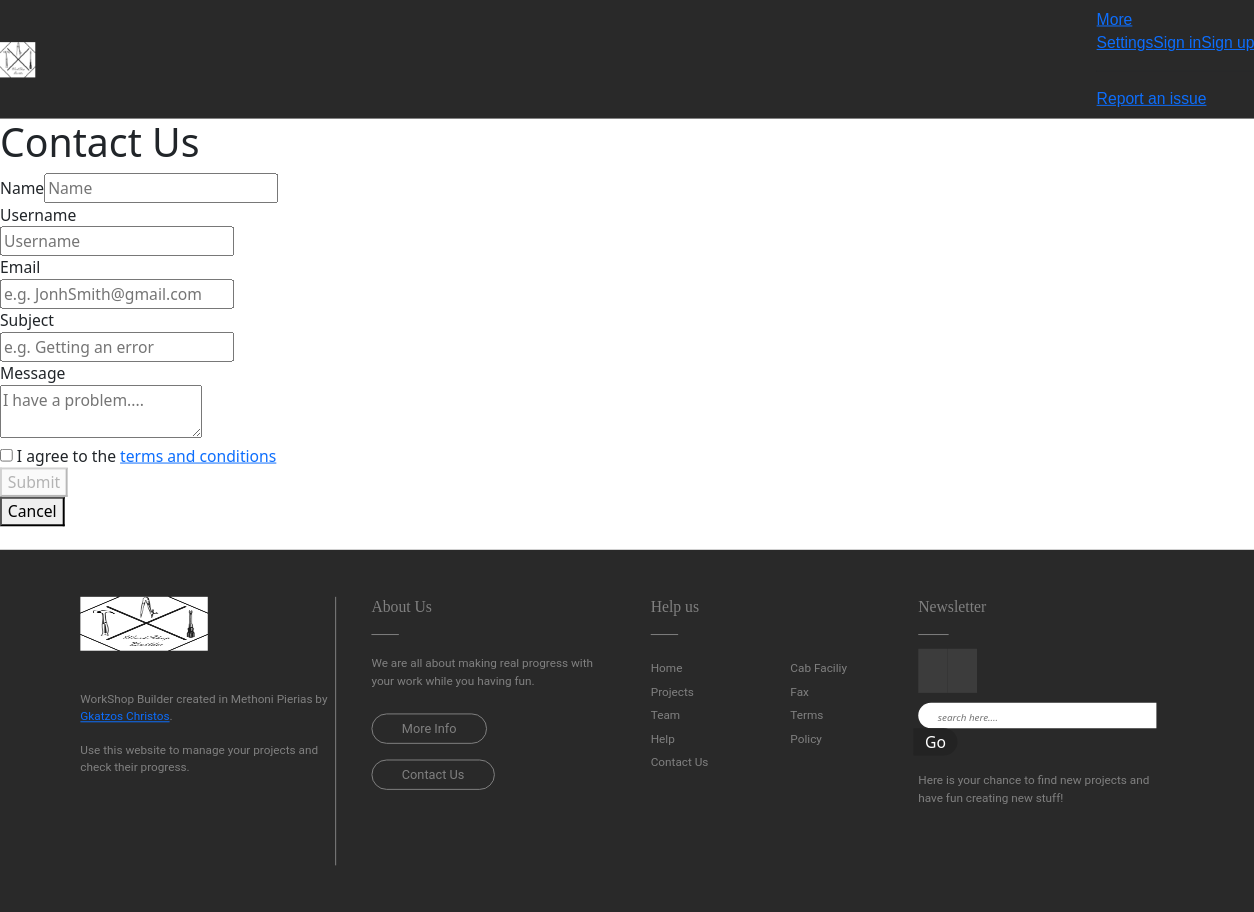
Repository: GkatzosChristos/workshop-builder-ui
Page: /contactUs (app in workshop-builder-ui/)
An editor plug-in stored every save of this project. The page is shown before and after the next save, followed by the edit.
The browser window is 1280 px wide. The pictures show the whole page, at 98% of full size.
The project was rebuilt for these pictures with package versions that can differ from the ones it lists, and the page was loaded fresh each time. Also part of the build but not shown: workshop-builder-ui/angular.json, workshop-builder-ui/src/app/about-us/about-us.component.ts, workshop-builder-ui/src/app/home/home.component.ts, workshop-builder-ui/src/app/project/project.component.ts.

Above is the page before, as saved 2021-08-27 16:42:15.

After the next save:
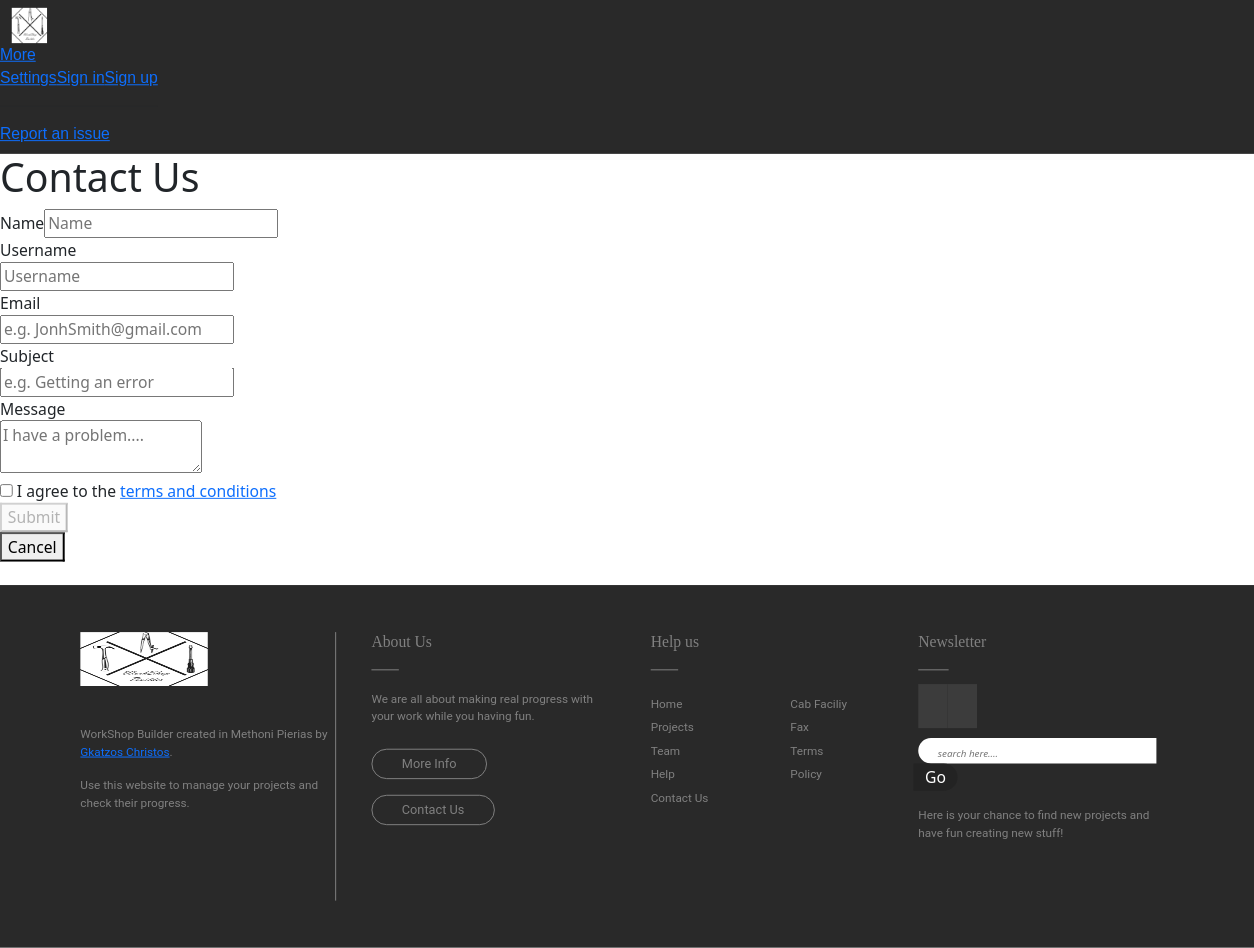
Saved 41 s later.
--- a/workshop-builder-ui/src/app/header/header.component.html
+++ b/workshop-builder-ui/src/app/header/header.component.html
@@ -4,7 +4,7 @@
 </head>
 <header>
     <nav class="navbar" role="navigation" aria-label="main navigation">
-        <div class="navbar-brand">
+        <div class="container-fluid">
             <a class="navbar-item" routerLink="/">
                 <img src="/assets/images/workshop_logo.jpg" alt="WorkShop Builder">
             </a>
